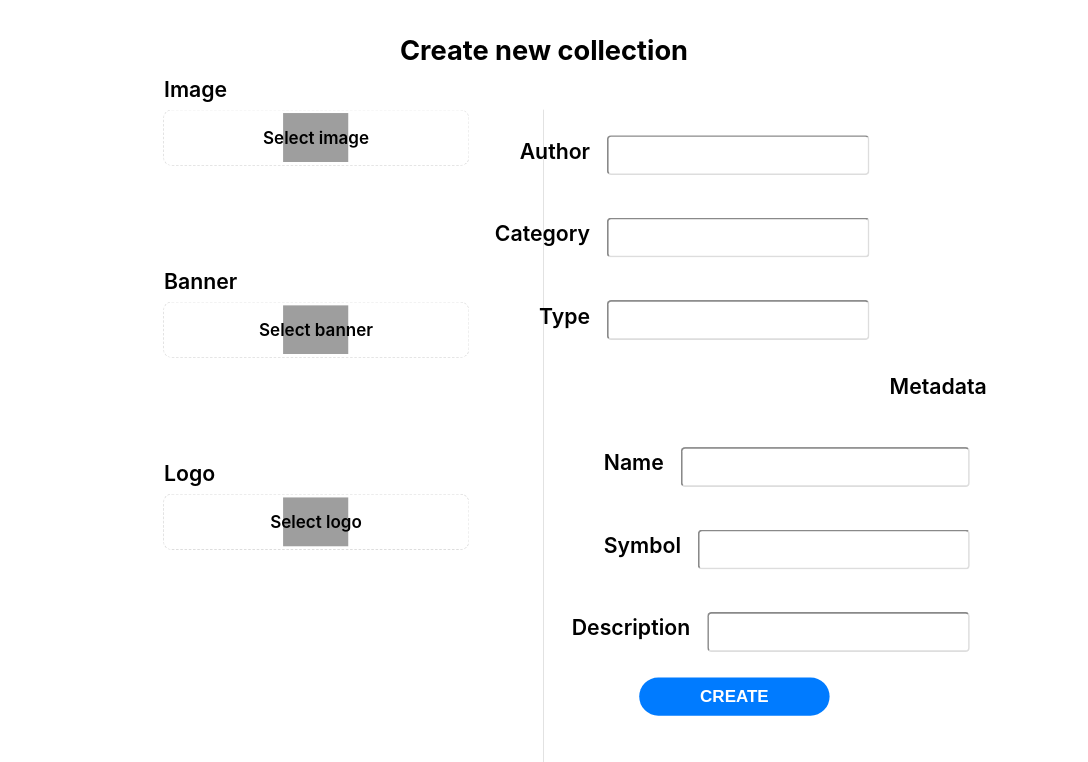
Repository: superHotBob/admin_nftillion
Page: /createcollection
The author's editor kept a copy of each file at every save. The page is drawn from the files as they stood at one save, then again after the next save.
The browser window is 1280 px wide. The pictures show the whole page, at 85% of full size.
Pictures or frames that could not be fetched are drawn as grey boxes. The project was rebuilt for these pictures with package versions that can differ from the ones it lists, and the page was loaded fresh each time. Also part of the build but not shown: src/components/Login/styles.scss, src/components/Login/index.js, src/components/NavPanel/styles.scss, src/components/NavPanel/index.js, src/components/Users/index.js, src/components/Collections/index.js, src/components/Preminted/styles.scss, src/components/Preminted/index.js.

Above is the page before, as saved 2022-04-27 08:20:22.

After the next save:
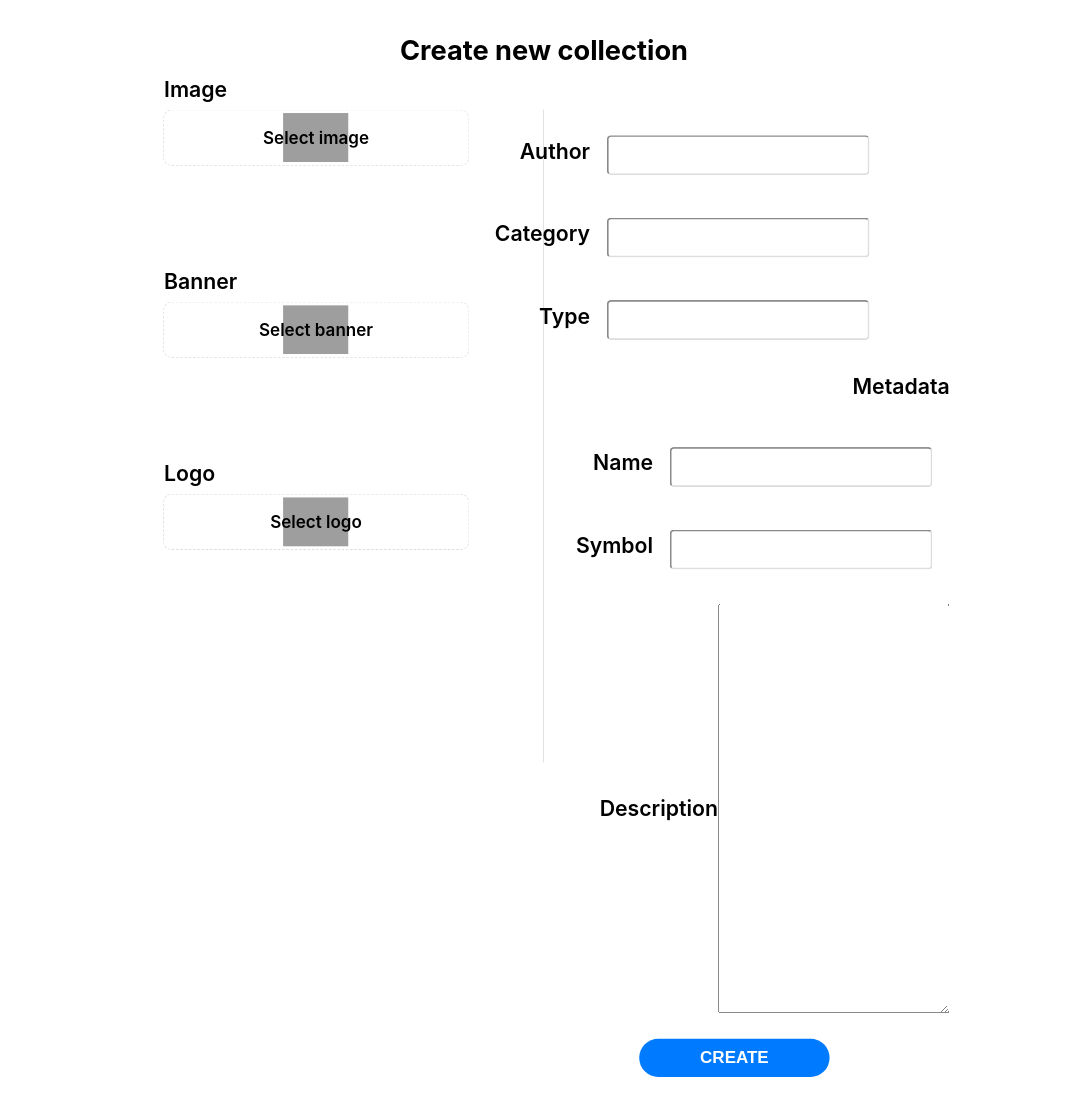
Saved 4 min 50 s later.
--- a/src/components/CreateCollection/index.js
+++ b/src/components/CreateCollection/index.js
@@ -187,7 +187,7 @@ export const Create = () => {
             </label>
             <label>
               Description
-              <input type="text" value={description} onChange={e=>setDescription(e.target.value)}/>
+              <textarea rows={20} value={description} onChange={e=>setDescription(e.target.value)}/>
             </label>
           </fieldset>
 
